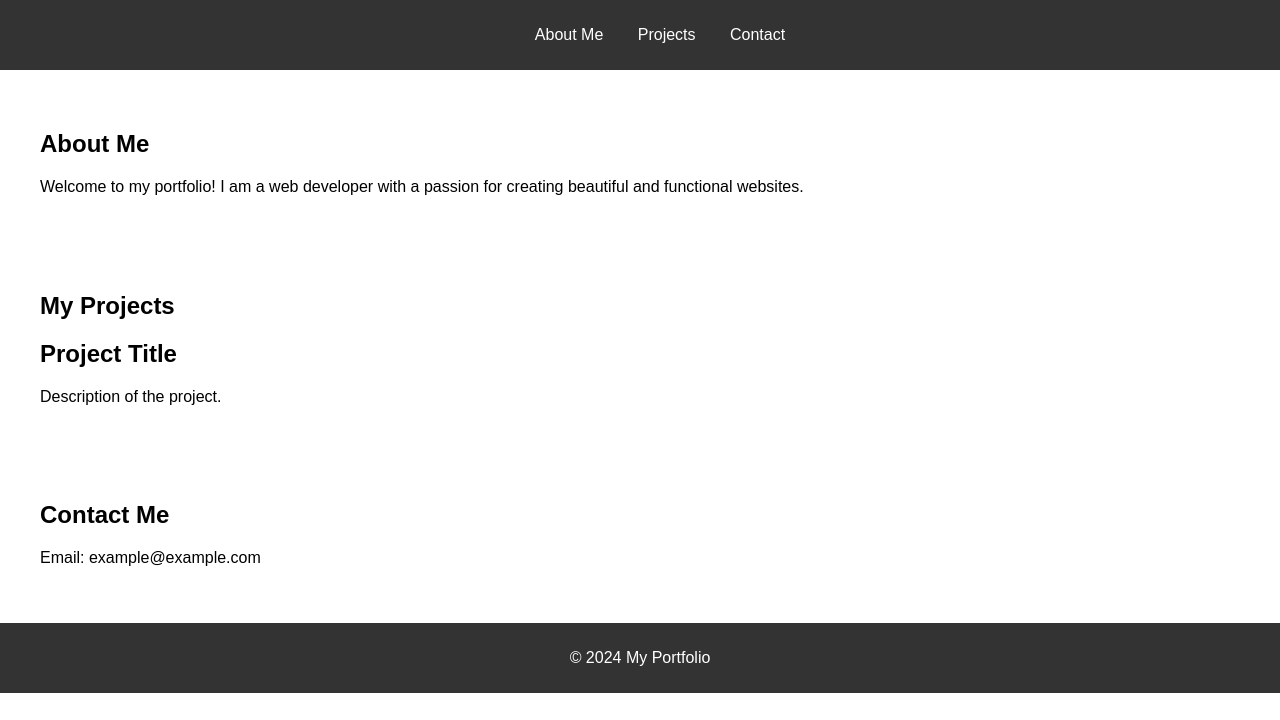
Repository: MaramMaryam/portfolio-test
Page: index.html
These files come from the project's save history. The page is drawn as it stood at one moment and after the next save; the edit follows.
The browser window is 1280 px wide. The pictures show the whole page.

Above is the page before, as saved 2024-09-11 13:22:54.

After the next save:
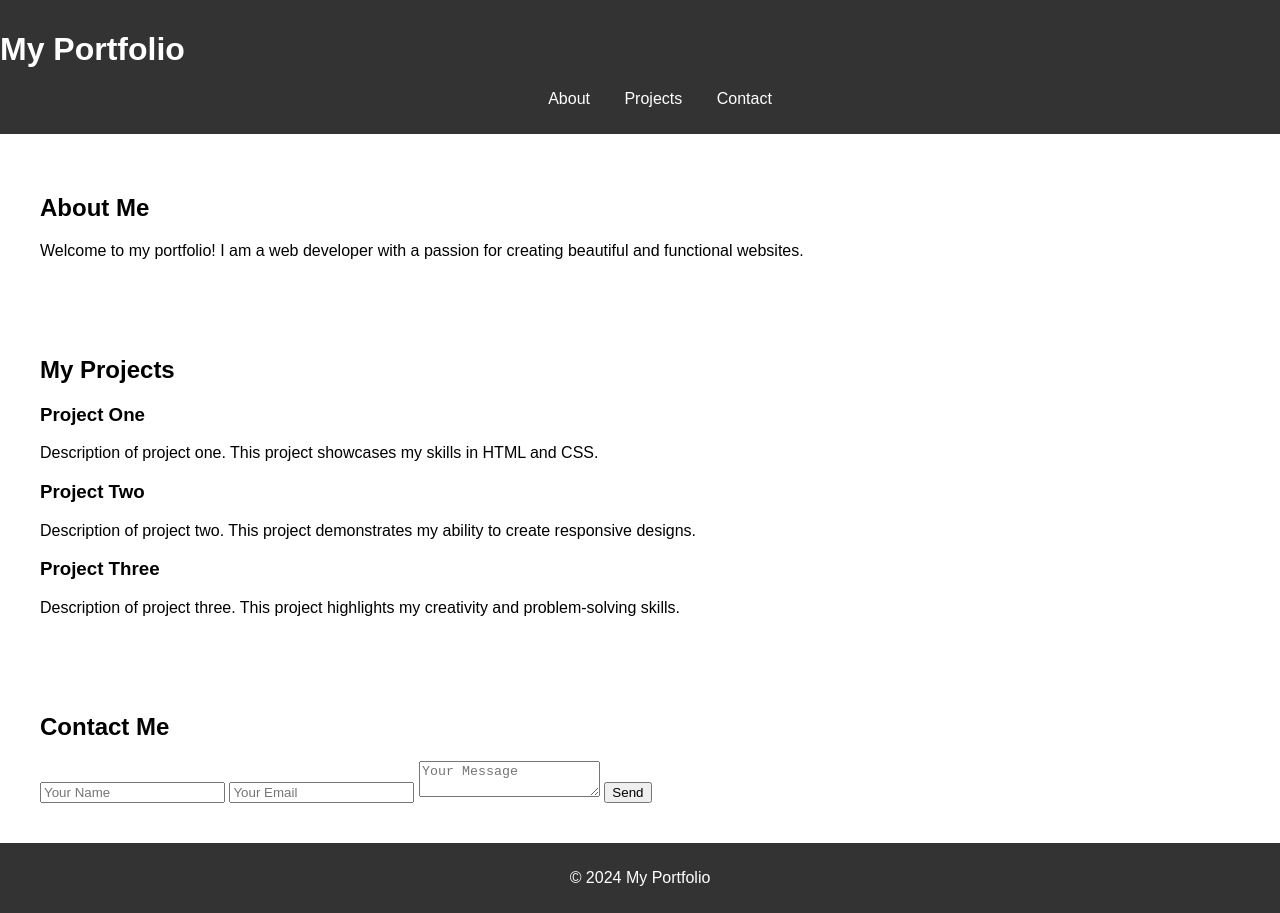
Saved 4 min 46 s later.
--- a/index.html
+++ b/index.html
@@ -3,14 +3,15 @@
 <head>
     <meta charset="UTF-8">
     <meta name="viewport" content="width=device-width, initial-scale=1.0">
+    <title>My Portfolio</title>
     <link rel="stylesheet" href="styles.css">
-    <title>My Portfolio</title>
 </head>
 <body>
     <header>
+        <h1>My Portfolio</h1>
         <nav>
             <ul>
-                <li><a href="#about">About Me</a></li>
+                <li><a href="#about">About</a></li>
                 <li><a href="#projects">Projects</a></li>
                 <li><a href="#contact">Contact</a></li>
             </ul>
@@ -18,22 +19,34 @@
     </header>
 
     <section id="about">
-        <h1>About Me</h1>
+        <h2>About Me</h2>
         <p>Welcome to my portfolio! I am a web developer with a passion for creating beautiful and functional websites.</p>
     </section>
 
     <section id="projects">
-        <h1>My Projects</h1>
+        <h2>My Projects</h2>
         <div class="project">
-            <h2>Project Title</h2>
-            <p>Description of the project.</p>
+            <h3>Project One</h3>
+            <p>Description of project one. This project showcases my skills in HTML and CSS.</p>
         </div>
-        <!-- Add more projects as needed -->
+        <div class="project">
+            <h3>Project Two</h3>
+            <p>Description of project two. This project demonstrates my ability to create responsive designs.</p>
+        </div>
+        <div class="project">
+            <h3>Project Three</h3>
+            <p>Description of project three. This project highlights my creativity and problem-solving skills.</p>
+        </div>
     </section>
 
     <section id="contact">
-        <h1>Contact Me</h1>
-        <p>Email: example@example.com</p>
+        <h2>Contact Me</h2>
+        <form>
+            <input type="text" placeholder="Your Name" required>
+            <input type="email" placeholder="Your Email" required>
+            <textarea placeholder="Your Message" required></textarea>
+            <button type="submit">Send</button>
+        </form>
     </section>
 
     <footer>
